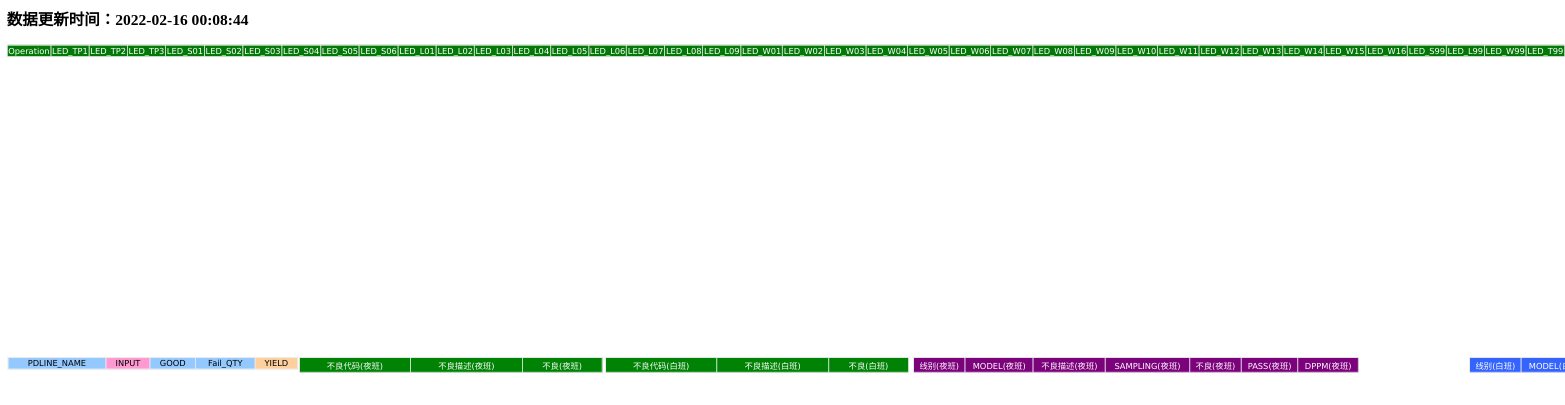
Repository: zxj19880502/mycode
Page: http://localhost/test1/time.jsp
The author's editor kept a copy of each file at every save. The page is drawn from the files as they stood at one save, then again after the next save.
The browser window is 1280 px wide. The page is 1886 px wide, so the pictures cover 1886 px, including what lies to the right of the window. The pictures show the whole page, at 83% of full size.
The page is served by Tomcat 9. Queries for data that is not in the repository find no rows.

Above is the page before, as saved 2022-02-17 00:35:51.

After the next save:
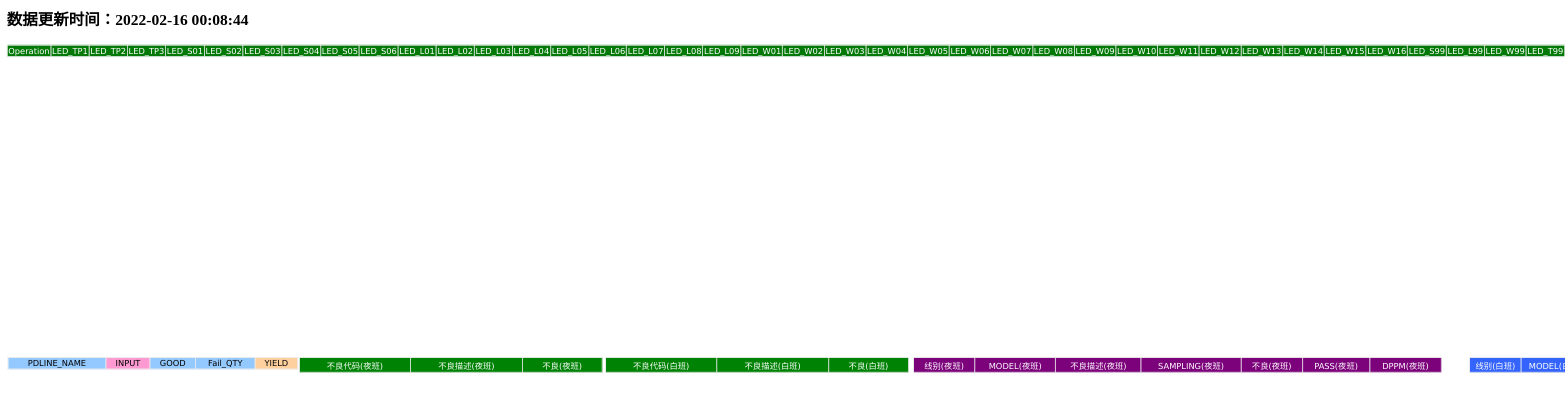
Saved 21 s later.
--- a/apache-tomcat-8.5.73/webapps/ROOT/test1/time.jsp
+++ b/apache-tomcat-8.5.73/webapps/ROOT/test1/time.jsp
@@ -295,7 +295,7 @@ window.onload = function() {
 
 
 
- <table  style="position:absolute;top:430px;left:1100px;;width: 537;font-family: Verdana, sans-serif;border-collapse: collapse;border: 1px solid #ebebeb;text-align: center;font-size:10px">
+ <table  style="position:absolute;top:430px;left:1100px;;width: 637;font-family: Verdana, sans-serif;border-collapse: collapse;border: 1px solid #ebebeb;text-align: center;font-size:10px">
   <tr>
 
         <td style="background: #7c027b;border: 1px solid #ebebeb;color: #fff;">线别(夜班)</td>
